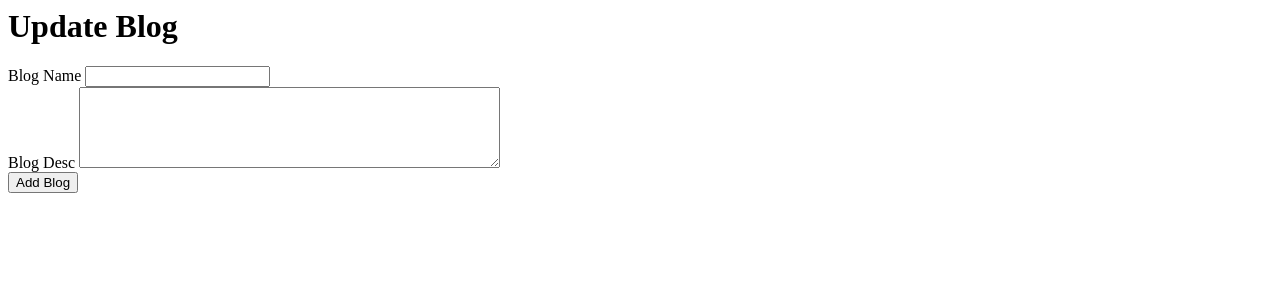
Repository: SmithaMendonca/Project-2
Page: EduCollaborationFrontend/WebContent/c_blog/UpdateBlog.html
An editor plug-in stored every save of this project. The page is shown before and after the next save, followed by the edit.
The browser window is 1280 px wide. The pictures show the whole page.

Above is the page before, as saved 2019-07-17 07:02:58.

### EduCollaborationFrontend/WebContent/c_blog/UpdateBlog.html
<div ng-controller="BlogController">

<div class="container">
    <h1 class="well">Update Blog</h1>
	<div class="col-lg-12 well">
	<div class="row">

	  <div class="col-sm-12">
	     <div class="row">
	        <div class="col-sm-6 form-group">
				<label>Blog Name</label>
					<input type="text" name="userName" ng-model="blog.blogName"  class="form-control">
				</div>
			  </div>

			   <div class="row">
					  <div class="col-sm-6 form-group">
						<label>Blog Desc</label>
						<textarea rows="5" cols="50"  class="form-control" name="Blog" ng-model="blog.blogContent" id="pass"></textarea>
					  </div>
					 </div>

				<button type="submit" class="btn btn-lg btn-info" ng-click="addBlog()" value="Publish Blog">Add Blog</button>
			</div>

	  </div>
	</div>
</div>
</div>

After the next save:
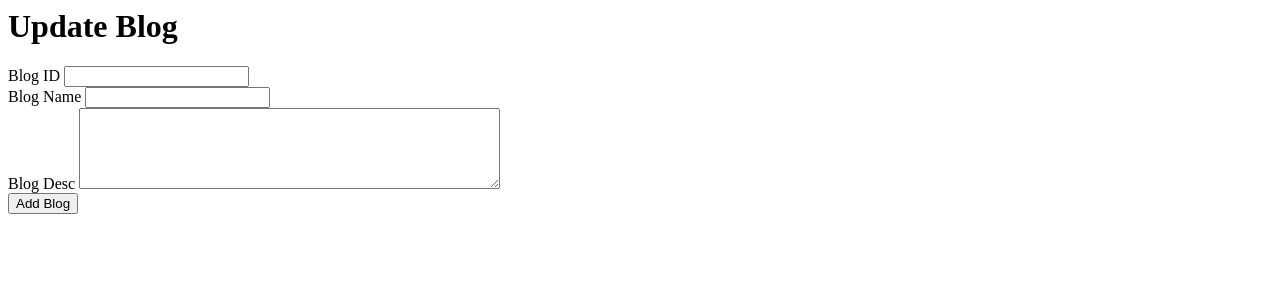
Saved 42 s later.
--- a/EduCollaborationFrontend/WebContent/c_blog/UpdateBlog.html
+++ b/EduCollaborationFrontend/WebContent/c_blog/UpdateBlog.html
@@ -6,6 +6,13 @@
 	<div class="row">
 
 	  <div class="col-sm-12">
+         <div class="row">
+	        <div class="col-sm-6 form-group">
+				<label>Blog ID</label>
+					<input type="text" name="userName" ng-model="blog.blogId"  class="form-control">
+				</div>
+			  </div>
+
 	     <div class="row">
 	        <div class="col-sm-6 form-group">
 				<label>Blog Name</label>
